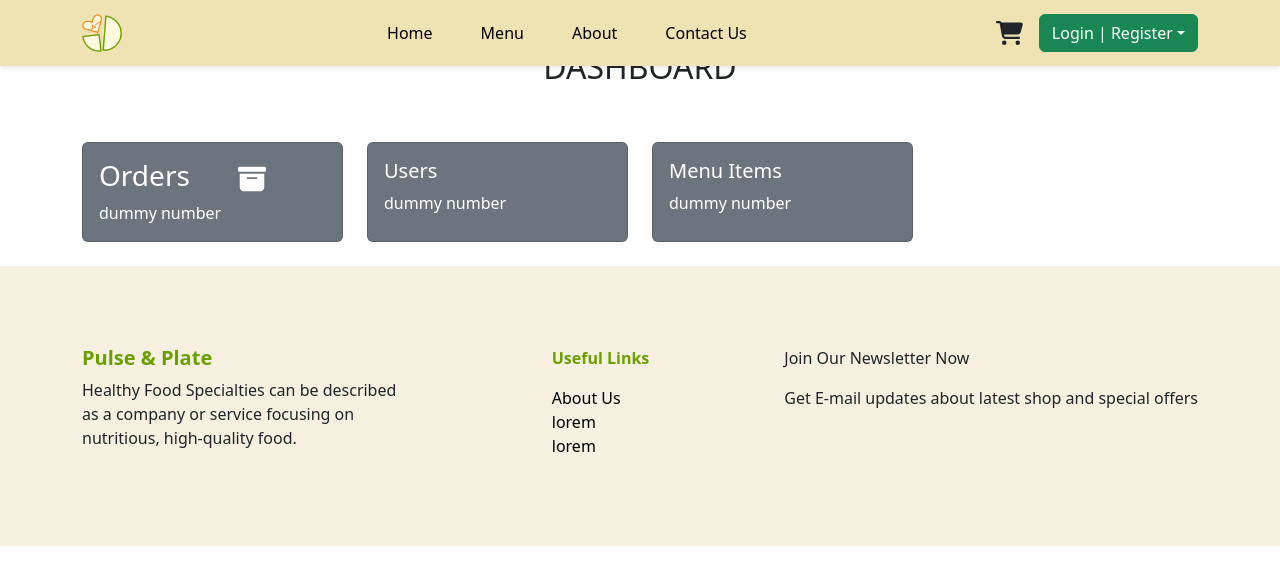
Repository: zeinawady/Pulse-and-Plate
Page: /dashboard
An editor plug-in stored every save of this project. The page is shown before and after the next save, followed by the edit.
The browser window is 1280 px wide. The pictures show the whole page.
The project was rebuilt for these pictures with package versions that can differ from the ones it lists, and the page was loaded fresh each time. Also part of the build but not shown: src/components/Main/Main.css, src/components/Main/Main.js, src/components/Menu/MealCard.css, src/components/Menu/MealCard.js, src/components/Menu/Categories.css, src/components/Menu/Categories.js, src/components/Menu/Menu.css, src/components/Menu/Menu.js and 21 more.

Above is the page before, as saved 2025-05-15 18:51:08.

### public/index.html
<!DOCTYPE html>
<html lang="en">
  <head>
    <meta charset="utf-8" />
    <link rel="icon" href="%PUBLIC_URL%/images/logo-trans.png" />
    <meta name="viewport" content="width=device-width, initial-scale=1" />
    <meta name="theme-color" content="#000000" />
    <meta
      name="description"
      content="Web site created using create-react-app"
    />
    <link rel="apple-touch-icon" href="%PUBLIC_URL%/images/logo-trans.png" />
    <!--
      manifest.json provides metadata used when your web app is installed on a
      user's mobile device or desktop. See https://developers.google.com/web/fundamentals/web-app-manifest/
    -->
    <link rel="manifest" href="%PUBLIC_URL%/manifest.json" />
    <!--
      Notice the use of %PUBLIC_URL% in the tags above.
      It will be replaced with the URL of the `public` folder during the build.
      Only files inside the `public` folder can be referenced from the HTML.

      Unlike "/favicon.ico" or "favicon.ico", "%PUBLIC_URL%/favicon.ico" will
      work correctly both with client-side routing and a non-root public URL.
      Learn how to configure a non-root public URL by running `npm run build`.
    -->
    <title>Pulse And Plate</title>
  </head>
  <body>
    <noscript>You need to enable JavaScript to run this app.</noscript>
    <div id="root"></div>
    <!--
      This HTML file is a template.
      If you open it directly in the browser, you will see an empty page.

      You can add webfonts, meta tags, or analytics to this file.
      The build step will place the bundled scripts into the <body> tag.

      To begin the development, run `npm start` or `yarn start`.
      To create a production bundle, use `npm run build` or `yarn build`.
    -->
  </body>
</html>

### src/index.js
import React from 'react';
import ReactDOM from 'react-dom/client';
import './index.css';
import App from './App';
import reportWebVitals from './reportWebVitals';
import 'bootstrap/dist/css/bootstrap.min.css';
import '@fortawesome/fontawesome-free/css/all.min.css';
import 'bootstrap/dist/css/bootstrap.min.css';
import './fontAwesome';
import { BrowserRouter } from 'react-router-dom';

const root = ReactDOM.createRoot(document.getElementById('root'));
root.render(
  <React.StrictMode>
    <BrowserRouter>
      <App />
    </BrowserRouter>
  </React.StrictMode>
);

// If you want to start measuring performance in your app, pass a function
// to log results (for example: reportWebVitals(console.log))
// or send to an analytics endpoint. Learn more: https://bit.ly/CRA-vitals
reportWebVitals();

### src/App.js
import React from "react";
import "./App.css";
import Home from "./components/Home/Home";
import Footer from "./components/Footer/Footer";
import { Routes, Route } from "react-router-dom";

import Header from "./components/Header/Header";
import About from "./components/About/About";
import Menu from "./components/Menu/Menu";
import ContactUs from "./components/ContactUs/ContactUs";
import Login from "./components/Login/Login";
import SignUp from "./components/SignUp/SignUp";
import UserProfile from "./components/UserProfile/UserProfile";
import { UserProvider } from "./UserContext";
import ProductInfo from "./components/ProductInfo/ProductInfo";
import PaymentPage from "./components/PaymentPage/PaymentPage";
import AdminProfile from "./components/AdminProfile/AdminProfile";
import Dashboard from "./components/Dashboard/Dashboard";

function App() {
  return (
    <UserProvider>
      <div>
        <Header />
        <Routes>
          <Route path="/" element={<Home />} />
          <Route path="/home" element={<Home />} />
          <Route path="/about" element={<About />} />
          <Route path="/menu" element={<Menu />} />
          <Route path="/category" element={<Menu />} />
          <Route path="/login" element={<Login />} />
          <Route path="/register" element={<SignUp />} />
          <Route path="/userAccount" element={<UserProfile />} />
          <Route path="/contactus" element={<ContactUs />} />
          <Route path="/product-info" element={<ProductInfo />} />
          <Route path="/PaymentPage" element={<PaymentPage />} />
          <Route path="/admin-profile" element={<AdminProfile />} />
          <Route path="/dashboard" element={<Dashboard />} />
        </Routes>

        <Footer />
      </div>
    </UserProvider>
  );
}

export default App;

### src/fontAwesome.js
// src/fontAwesome.js
import { library } from '@fortawesome/fontawesome-svg-core';
import {
    faUser,
    faCartShopping,
    faHome,
    faEnvelope,
    faSearch,
    faConciergeBell,
     faPercent,
     faTruckFast,
     faCarrot,
    // Add any other icons you need here
} from '@fortawesome/free-solid-svg-icons';

// Add icons to the library
library.add(
    faUser,
    faCartShopping,
    faHome,
    faEnvelope,
    faSearch,
    faConciergeBell,
    faPercent,
    faTruckFast,
    faCarrot,

    // Add any other icons you need here
);

### src/App.css
@font-face {
  font-family: "Lato";
  src: url("../public/Fonts/Lato/Lato-Black.ttf") format("truetype");
}

:root {
  --primary-color: #6b9f00;
  --secondary-color: #ef9025;
  --light-color: hsl(47, 66%, 82%);
  --text-color: #000000;
  --font-family: "Lato", sans-serif;
  --sections-padding: 5rem;
}

body {
  margin: 0;
  padding: 0;
  border: none !important;
  outline: none !important;
  font-family: var(--font-family);
  font-weight: 500;
  -webkit-font-smoothing: antialiased;
  -moz-osx-font-smoothing: grayscale;
  background-color: #eee;

}
a{
  text-decoration: none;
}

### src/components/Footer/Footer.js
import "../../App";

import "./Footer.css";
import { Container } from "react-bootstrap";
import Button from "react-bootstrap/Button";
import { FontAwesomeIcon } from "@fortawesome/react-fontawesome";


export default function Footer() {
    return (
        <footer>
            <Container fluid="md">
            <div className="wrapper-footer">
                <div className="info">
                    <h5>Pulse & Plate</h5>
                    <p>Healthy Food Specialties can be described as a company or service focusing on nutritious, high-quality food. </p>
                </div>
                <div className="links">
                    <p >Useful Links</p>
                    <a href="#">About Us</a>
                    <a href="#">lorem</a>
                    <a href="#">lorem</a>
                </div>
                <div>
                    <p>Join Our Newsletter Now </p>
                    <p>Get E-mail updates about latest shop and special offers </p>
                </div>
            </div>
            </Container>
        </footer>
    );
}

### src/components/Header/Header.js
import React from 'react';
import './Header.css';
import '../../App';
import { Link, NavLink, useNavigate } from 'react-router-dom';
import { useUser } from "../../UserContext";

// React Bootstrap
import Container from 'react-bootstrap/Container';
import Nav from 'react-bootstrap/Nav';
import Navbar from 'react-bootstrap/Navbar';
import Dropdown from 'react-bootstrap/Dropdown';

// Font Awesome
import { FontAwesomeIcon } from '@fortawesome/react-fontawesome';
import { faCartShopping } from '@fortawesome/free-solid-svg-icons';

export default function Header() {
    const { user, setUser } = useUser();
    const navigate = useNavigate();

    const handleLogout = () => {
        navigate('/login');
        localStorage.removeItem("user");
        localStorage.removeItem("token");
        setUser(null);
    };

    return (
        <Navbar expand="md" className="fixed-top">
            <Container fluid="md">
                <Navbar.Brand as={Link} to="/home">
                    <img
                        src="/images/logo-trans.png"
                        width="40"
                        height="40"
                        className="d-inline-block align-top"
                        alt="React Bootstrap logo"
                    />
                </Navbar.Brand>

                <Navbar.Toggle aria-controls="basic-navbar-nav" />
                <Navbar.Collapse id="basic-navbar-nav">
                    <Nav className="me-auto ms-auto">
                        <Nav.Link as={NavLink} to="/home">Home</Nav.Link>
                        <Nav.Link as={NavLink} to="/menu">Menu</Nav.Link>
                        <Nav.Link as={NavLink} to="/about">About</Nav.Link>
                        <Nav.Link as={NavLink} to="/contactus">Contact Us</Nav.Link>
                    </Nav>

                    <div className="icons d-flex align-items-center gap-3">
                        <FontAwesomeIcon icon={faCartShopping} size="lg" />

                        <Dropdown align="end">
                            <Dropdown.Toggle variant="success" id="dropdown-user">
                                {user?.name ? user.name.split(" ")[0] : "Login | Register"}
                            </Dropdown.Toggle>

                            <Dropdown.Menu>
                                {user?.name ? (
                                    <>
                                        <Dropdown.Item as={Link} to="/userAccount">Profile</Dropdown.Item>
                                        <Dropdown.Item onClick={handleLogout}>Logout</Dropdown.Item>
                                    </>
                                ) : (
                                    <>
                                        <Dropdown.Item as={Link} to="/login">Login</Dropdown.Item>
                                        <Dropdown.Item as={Link} to="/register">Register</Dropdown.Item>
                                    </>
                                )}
                            </Dropdown.Menu>
                        </Dropdown>
                    </div>
                </Navbar.Collapse>
            </Container>
        </Navbar>
    );
}

### src/UserContext.jsx
import { createContext, useContext, useState } from 'react';

const UserContext = createContext();

export function UserProvider({ children }) {
  const [user, setUser] = useState(() => {
    const stored = localStorage.getItem('user');
    return stored ? JSON.parse(stored) : null;
  });

  const updateUser = (updatedUser) => {
    localStorage.setItem('user', JSON.stringify(updatedUser));
    setUser(updatedUser);
  };

  return (
    <UserContext.Provider value={{ user, setUser: updateUser }}>
      {children}
    </UserContext.Provider>
  );
}

export function useUser() {
    return useContext(UserContext);
}

### src/components/Dashboard/Dashboard.js
import React from "react";
import "../../App";
import "./Dashboard.css";
import { BsFillArchiveFill } from "react-icons/bs";
export default function Dashboard() {
  return (
    <div className="main-container container">
      <h2 className="text-center p-5">DASHBOARD</h2>

      <div className="row g-4 mb-4">

        <div className="col-md-3 col-sm-6">
          <div className="card text-white bg-secondary h-100">
            <div className="card-body">
              <div className="card-inner">
                <h3 className="card-title">
                  Orders
                  <span className="card_icon px-5">
                    <BsFillArchiveFill />
                  </span>
                </h3>
                dummy number
              </div>
            </div>
          </div>
        </div>
        <div className="col-md-3 col-sm-6">
          <div className="card text-white bg-secondary h-100">
            <div className="card-body">
              <h5 className="card-title">Users</h5>
              <p className="card-text">dummy number</p>
            </div>
          </div>
        </div>

        <div className="col-md-3 col-sm-6">
          <div className="card text-white bg-secondary h-100">
            <div className="card-body">
              <h5 className="card-title">Menu Items</h5>
              <p className="card-text">dummy number</p>
            </div>
          </div>
        </div>
      </div>
    </div>
  );
}

### src/components/Footer/Footer.css
footer{
    background-color: hsla(47, 53%, 90%, 0.822);
    padding-block-start: var(--sections-padding);
    padding-block-end: var(--sections-padding);
}
.wrapper-footer{
    display: flex;
    justify-content: space-between;

}
.wrapper-footer .info{
  width: 30%;

}
.wrapper-footer .info h5{
    color: var(--primary-color);
    font-weight: 700;
}
.links>p:first-child{
font-weight: 700;
color: var(--primary-color);

}
.links{
    display: flex;
    flex-direction: column;
}
.links a{
    text-decoration: none;
    color: var(--text-color);
}
@media (max-width: 767px) {
    .wrapper-footer{
       flex-direction: column;
    }
    .wrapper-footer .info{
        width: 100%;
      }

}

### src/components/Header/Header.css
.navbar {
    box-shadow: 0 2px 4px rgba(0, 0, 0, 0.1);
    /* background-color: rgba(254, 250, 225, 0.3);
     */
     background-color: var(--light-color);
     z-index: 100;
}

.navbar-nav .nav-link,
.dropdown-menu .dropdown-item {
    color: var(--text-color);
}


/* * --> all children */
.navbar .nav-link {
    padding: 0 1.5rem !important;
    text-align: center;
}

@media (max-width: 767px) {
    .navbar .nav-link {
        padding: 0.5rem 0 !important;
    }

    .icons>svg {
        padding-top: 0.5rem;
        margin: auto;
        font-size: 1.25rem;
    }
}

.icons {
    display: flex;
    gap: 1.5rem;
}

.icons svg {
    font-size: 1.5rem;
}

.navbar-toggler {
    border: none !important;
}

.navbar-toggler:focus {
    box-shadow: none !important;
}

@media (max-width: 767px) {

    /* .navbar .dropdown-menu {
                position: absolute !important;
                top: 80% !important;
                left: 35% !important;
                background-color: var(--light-color);
                right: 0;
                width: 100%;
                z-index: 1050;
            } */
    .navbar-nav {
        .dropdown-menu {
            width: 50%;
            margin: auto;
            text-align: center;
        }

        /* .dropdown-menu[data-bs-popper] {
            top: 100%;
            left: 50%;
            transform: translateX(-50%);
        } */

        /* .nav-item,
        .nav-link {
            text-align: center;
        } */
    }
}

@media (max-width: 441px) {
    .navbar-nav {
        .dropdown-menu {
            width: 35%;
        }
    }
}

### src/components/PaymentPage/PaymentPage.css
:root {
    --primary-color: #6b9f00;
    --secondary-color: #ef9025;
    --light-color: #efe2b3;
    --secondary-light-color: #FDFAE0;
    --text-color: #000000;
    --font-family: "Lato", sans-serif;
    --sections-padding: 5rem;
    --section-margin: 60px;
    /* This variable can be used or adjusted for header height */
}

body {
    margin: 0;
    padding: 0;
    border: none !important;
    outline: none !important;
    font-family: var(--font-family);
    font-weight: 500;
    -webkit-font-smoothing: antialiased;
    -moz-osx-font-smoothing: grayscale;
    background-color: #eee;
    color: var(--text-color);
}

.payment-page a {
    text-decoration: none;
    color: var(--primary-color);
}


/* Main container */
.payment-page.container {
    max-width: 960px;
    margin: 100px;
    padding: var(--sections-padding) 30px;
    background-color: var(--secondary-light-color);
    border-radius: 10px;
    box-shadow: 0 4px 15px rgba(107, 159, 0, 0.3);

}

/* Card style */
.payment-page .card {
    background: var(--light-color);
    border-radius: 12px;
    box-shadow: 0 6px 20px rgba(0, 0, 0, 0.1);
    padding: 30px;
    margin-bottom: 30px;
}

/* Card header */
.payment-page .card-header {
    font-weight: 700;
    font-size: 1.5rem;
    color: var(--primary-color);
    border-bottom: 3px solid var(--secondary-color);
    padding-bottom: 15px;
    margin-bottom: 25px;
}

/* Order Summary Items */
.payment-page .card-body>div.d-flex {
    font-size: 1.1rem;
    justify-content: space-between;
    padding: 8px 0;
    border-bottom: 1px solid var(--secondary-light-color);
}

.payment-page .card-body>hr+div {
    font-weight: 700;
    font-size: 1.25rem;
    color: var(--primary-color);
    padding-top: 10px;
}

/* Form headings */
.payment-page h4,
.payment-page h5 {
    color: var(--primary-color);
    margin-bottom: 20px;
    font-weight: 700;
}

/* Form labels */
.payment-page .form-label {
    font-weight: 600;
    color: var(--text-color);
}

/* Input fields */
.payment-page .form-control {
    border-radius: 8px;
    border: 2px solid var(--primary-color);
    padding: 10px 15px;
    font-family: var(--font-family);
    font-weight: 500;
    font-size: 1rem;
    transition: border-color 0.3s ease;
    color: var(--text-color);
    background-color: #fff;
}

.payment-page .form-control:focus {
    border-color: var(--secondary-color) !important;
    box-shadow: 0 0 8px var(--secondary-color) !important;
    outline: none;
}

/* Validation feedback */
.payment-page .is-invalid {
    border-color: #dc3545 !important;
}

.payment-page .is-invalid:focus {
    box-shadow: 0 0 8px rgba(220, 53, 69, 0.5);
}

.payment-page .invalid-feedback {
    font-size: 0.9rem;
    color: #dc3545;
    margin-top: 6px;
}

/* Radio buttons */
.payment-page .form-check-label {
    font-size: 1rem;
    color: var(--text-color);
}


.payment-page button:hover {
    background-color: var(--secondary-color);
}

/* Submit button - This existing style will override the general button style for submit buttons where properties differ */
.payment-page button[type="submit"] {
    background-color: var(--primary-color);
    /* This is fine, can be more specific if needed */
    border: none;
    color: white;
    font-weight: 700;
    /* Specific to submit */
    padding: 14px 32px;
    /* Specific to submit */
    border-radius: 8px;
    cursor: pointer;
    font-size: 1.1rem;
    /* Specific to submit */
    transition: background-color 0.3s ease;
    box-shadow: 0 5px 15px rgba(107, 159, 0, 0.2);
    /* Specific to submit */
}

.payment-page button[type="submit"]:hover {
    background-color: var(--secondary-color);
    box-shadow: 0 6px 20px rgba(239, 144, 37, 0.3);
    /* Specific to submit */
}

/* Responsive */
@media (max-width: 768px) {
    .payment-page.container {
        padding: 3rem 15px;
        margin-top: 60px;
        /* Adjusted margin for smaller screens if header is smaller or fixed differently */
    }

        .payment-page .row>div {
        margin-bottom: 25px;
    }
}

Loaded but not shown: src/index.css (common file); src/reportWebVitals.js (common file)

After the next save:
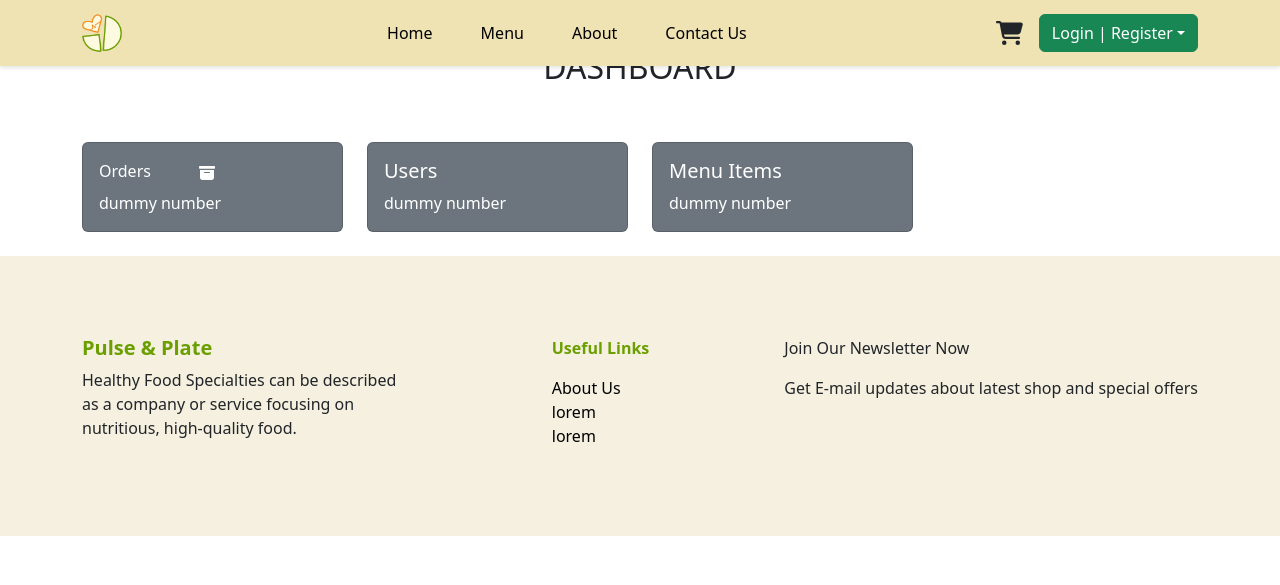
Saved 13 s later.
--- a/src/components/Dashboard/Dashboard.js
+++ b/src/components/Dashboard/Dashboard.js
@@ -13,12 +13,12 @@ export default function Dashboard() {
           <div className="card text-white bg-secondary h-100">
             <div className="card-body">
               <div className="card-inner">
-                <h3 className="card-title">
+                <div className="card-title">
                   Orders
                   <span className="card_icon px-5">
                     <BsFillArchiveFill />
                   </span>
-                </h3>
+                </div>
                 dummy number
               </div>
             </div>
